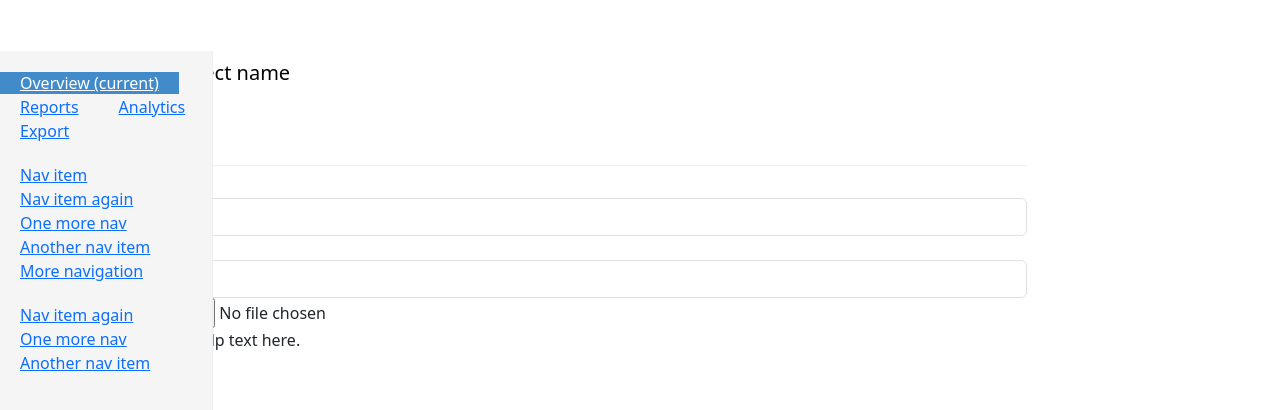
Repository: can2014ky/nodeStudy
Page: views/createUser.html
An editor plug-in stored every save of this project. The page is shown before and after the next save, followed by the edit.
The browser window is 1280 px wide. The pictures show the whole page.
Some web libraries are served in a nearby version.

Above is the page before, as saved 2020-07-05 22:41:36.

After the next save:
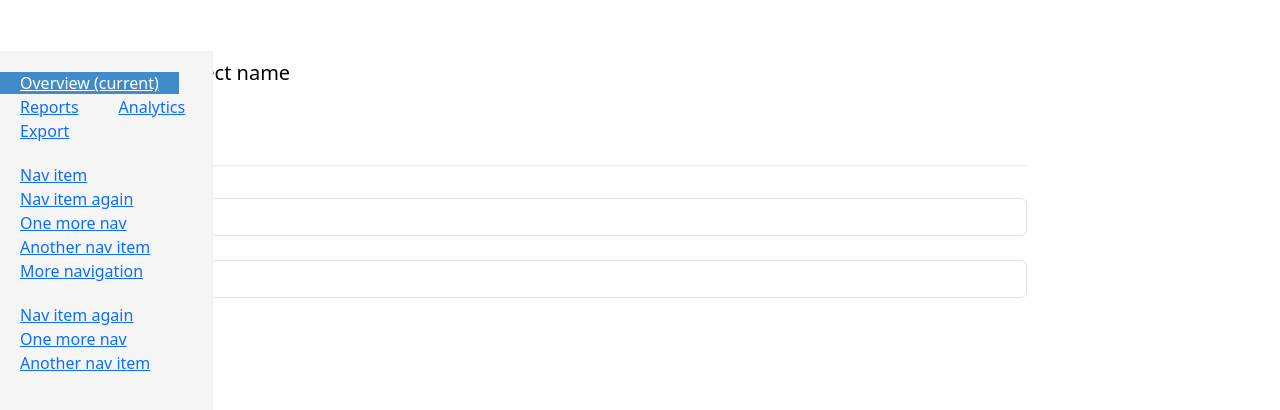
Saved 3 min 4 s later.
--- a/views/createUser.html
+++ b/views/createUser.html
@@ -70,19 +70,14 @@
         </div>
         <div class="col-sm-9 col-sm-offset-3 col-md-10 col-md-offset-2 main">
           <h2 class="sub-header">添加用户</h2>
-          <form>
+          <form action="/createUser" method="POST">
             <div class="form-group">
-              <label for="exampleInputEmail1">Email address</label>
-              <input type="email" class="form-control" id="exampleInputEmail1" placeholder="Email">
+              <label for="name">Email address</label>
+              <input type="text" class="form-control" name="name" id="name" placeholder="用户名">
             </div>
             <div class="form-group">
               <label for="exampleInputPassword1">Password</label>
               <input type="password" class="form-control" id="exampleInputPassword1" placeholder="Password">
-            </div>
-            <div class="form-group">
-              <label for="exampleInputFile">File input</label>
-              <input type="file" id="exampleInputFile">
-              <p class="help-block">Example block-level help text here.</p>
             </div>
             <div class="checkbox">
               <label>
